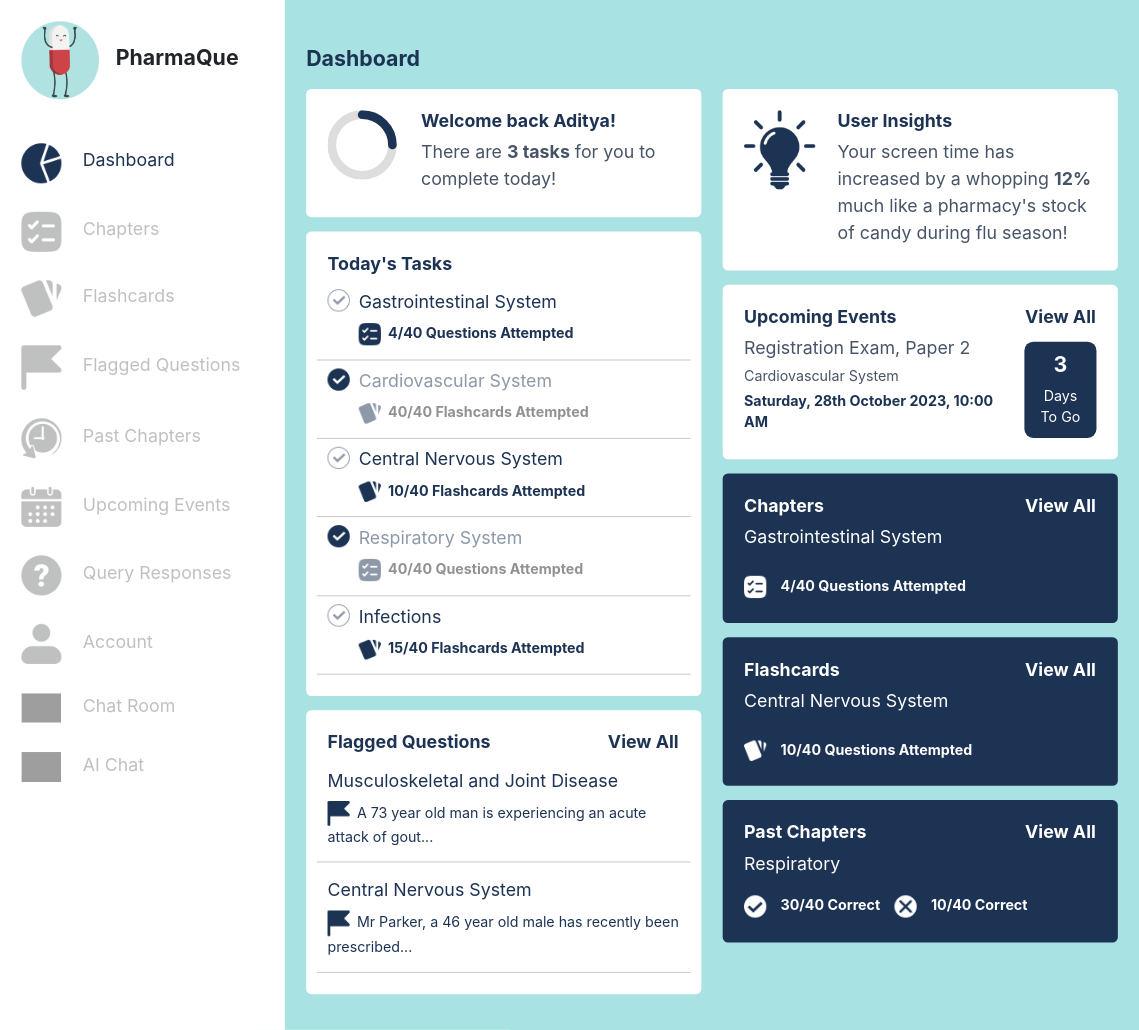
Repository: Kronium345/new_pharmaque_web_app
Page: /dashboard
The author's editor kept a copy of each file at every save. The page is drawn from the files as they stood at one save, then again after the next save.
The browser window is 1280 px wide. The pictures show the whole page, at 89% of full size.
Pictures or frames that could not be fetched are drawn as grey boxes. The page's requests for data from a server got no answer. The project was rebuilt for these pictures with package versions that can differ from the ones it lists, and the page was loaded fresh each time. No one was signed in, and anything a server would have sent is missing. Also part of the build but not shown: src/pages/Login.js, src/pages/MyAccount.js, src/pages/UpcomingEvents.js, src/pages/UpcomingEvents2.js, src/pages/Chapters.js, src/pages/FlaggedQuestions.js, src/pages/FlashcardQuestion.js, src/pages/Flashcards.js and 34 more.

Above is the page before, as saved 2024-03-10 22:58:00.

After the next save:
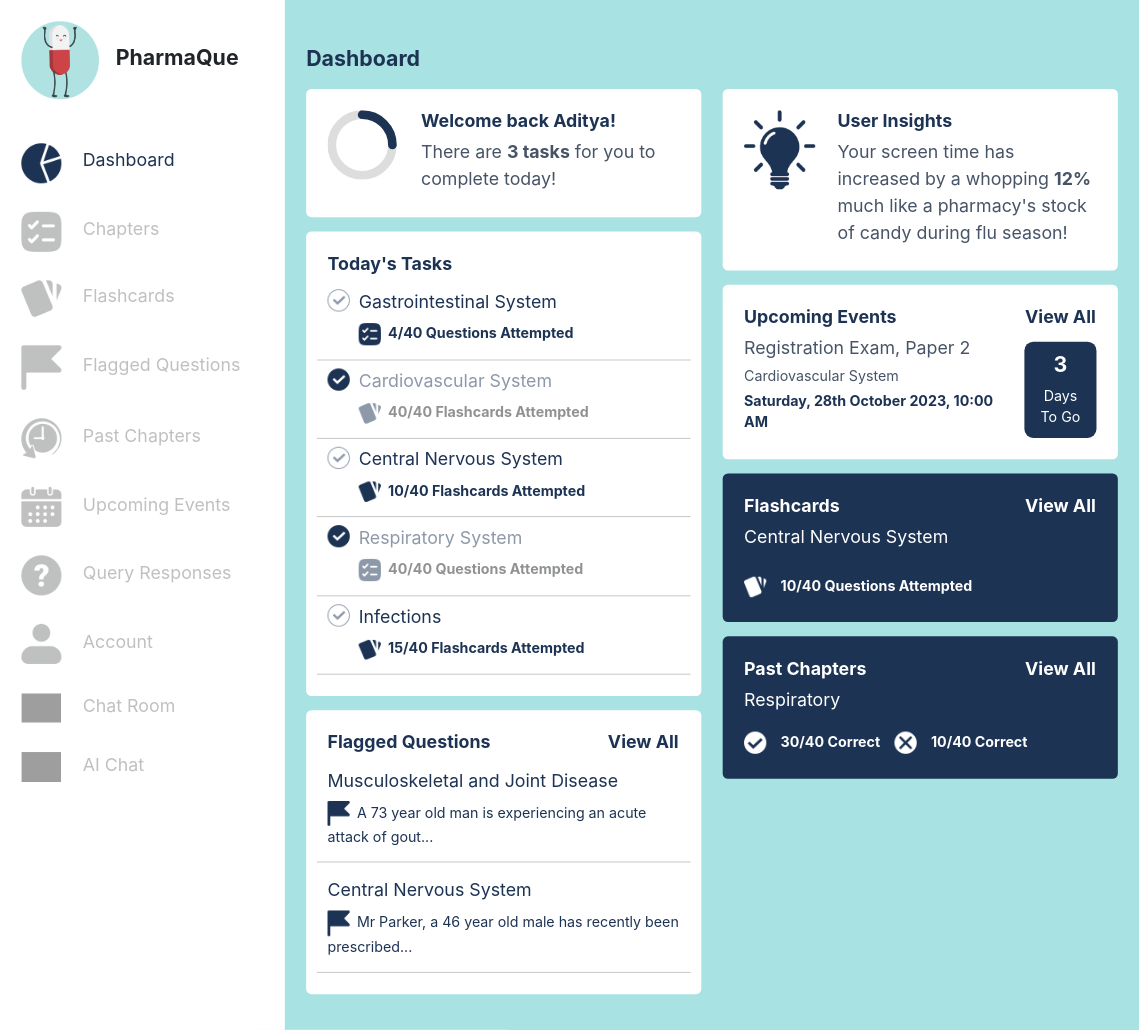
Saved 54 s later.
--- a/src/pages/Dashboard.js
+++ b/src/pages/Dashboard.js
@@ -397,33 +397,37 @@ const Dashboard = () => {
                   </div>
                 </div>
 
-                <div class="card p-4 navybluebg mb-3">
-                  <div class="row">
-                    <div class="col-sm-9">
-                      <p class="h5 navybluetext fw-bold whitetext">Chapters</p>
-                      <p class="greytext fs-5 mb-1 whitetext">
-                        Gastrointestinal System
-                      </p>
-                      <br />
-                      <a href="#" class="removeunderline">
-                        <p class="fs-6 navybluetext fw-bold mb-1 whitetext">
-                          <img
-                            src="images/ChaptersWhite.png"
-                            class="smallicon"
-                          />
-                          <span class="mx-3">4/40 Questions Attempted</span>
-                        </p>
-                      </a>
-                    </div>
-                    <div class="col-sm-3 center">
-                      <a href="#" class="removeunderline">
+                {chapter && chapter.name && (
+                  <div class="card p-4 navybluebg mb-3">
+                    <div class="row">
+                      <div class="col-sm-9">
                         <p class="h5 navybluetext fw-bold whitetext">
-                          View All
-                        </p>
-                      </a>
-                    </div>
-                  </div>
-                </div>
+                          Chapters
+                        </p>
+                        <p class="greytext fs-5 mb-1 whitetext">
+                          Gastrointestinal System
+                        </p>
+                        <br />
+                        <a href="#" class="removeunderline">
+                          <p class="fs-6 navybluetext fw-bold mb-1 whitetext">
+                            <img
+                              src="images/ChaptersWhite.png"
+                              class="smallicon"
+                            />
+                            <span class="mx-3">4/40 Questions Attempted</span>
+                          </p>
+                        </a>
+                      </div>
+                      <div class="col-sm-3 center">
+                        <a href="#" class="removeunderline">
+                          <p class="h5 navybluetext fw-bold whitetext">
+                            View All
+                          </p>
+                        </a>
+                      </div>
+                    </div>
+                  </div>
+                )}
 
                 <div class="card p-4 navybluebg mb-3">
                   <div class="row">
